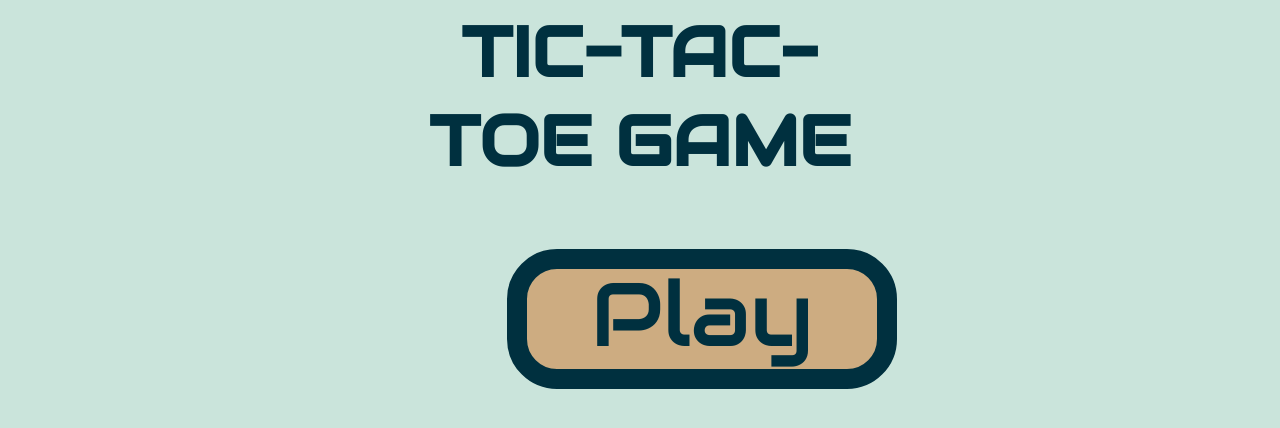
Repository: blackSky1213/tic-tac-toe
Page: index.html
The author's editor kept a copy of each file at every save. The page is drawn from the files as they stood at one save, then again after a run of saves.
The browser window is 1280 px wide. The pictures show the whole page.

Above is the page before, as saved 2020-12-28 20:50:10.

After the next 3 saves:
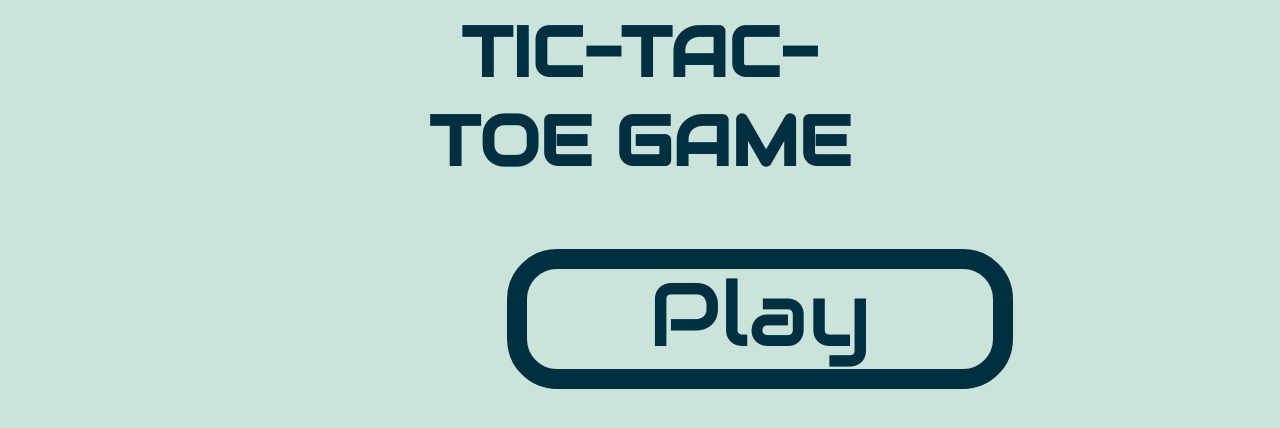
The 3 saves are shown as one change because they came seconds apart.
The last was saved 91 s later.
--- a/styles/index.css
+++ b/styles/index.css
@@ -9,7 +9,7 @@ body{
     color:#00303f;
 }
 .start{
-    background-color:#cdac81;
+    background-color:
     width:350px;
     height:100px;
     margin:5% 30% auto 30%;
